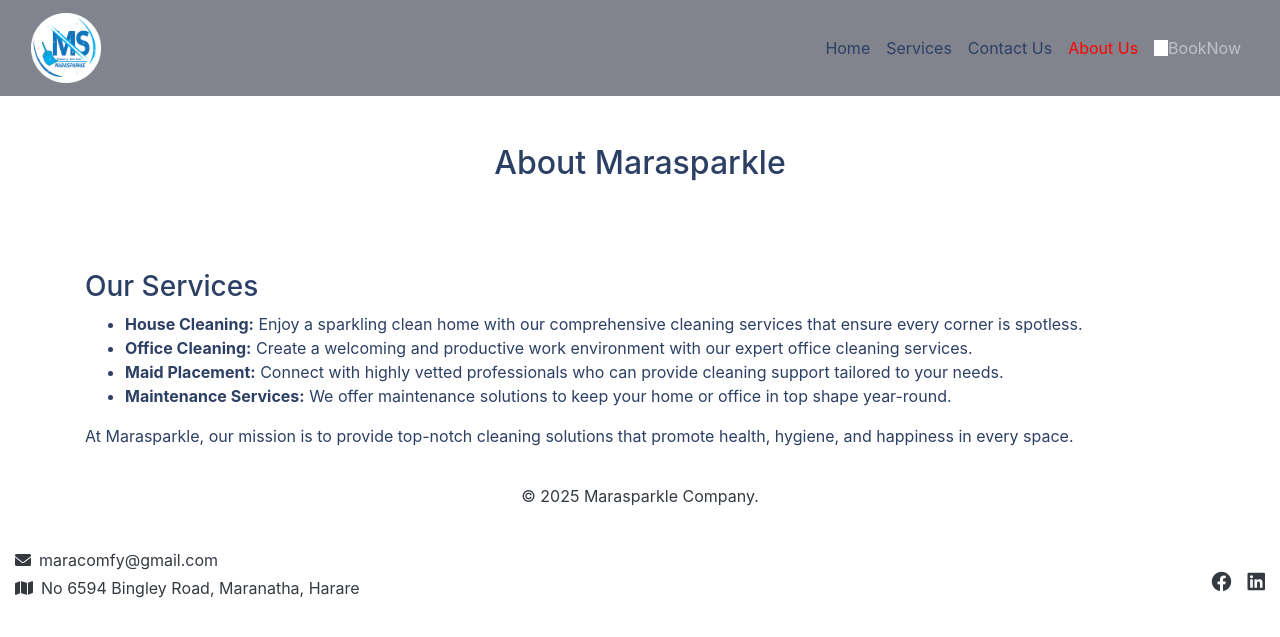
Repository: guineveretim/sparkle
Page: http://localhost/about/
An editor plug-in stored every save of this project. The page is shown before and after the next save, followed by the edit.
The browser window is 1280 px wide. The pictures show the whole page.
The page is served by the project's application, run on Django 5.2 (manage.py). Other server files are loaded and not shown.

Above is the page before, as saved 2025-04-16 10:51:39.

### templates/application/about.html
{% load static%}
<!DOCTYPE html>
<html lang="en">

<head>
    <meta charset="utf-8">
    <meta name="viewport" content="width=device-width, initial-scale=1, shrink-to-fit=no">


    <title>{% block title %}Marasparkle{% endblock %}</title>

     <!-- Font Awesome CDN -->
    <link rel="stylesheet" href="https://cdnjs.cloudflare.com/ajax/libs/font-awesome/6.0.0-beta3/css/all.min.css">

    <!--Google fomts-->
    <link href="https://fonts.googleapis.com/css2?family=Roboto:wght@400&display=swap" rel="stylesheet">

    <!-- Bootstrap core CSS -->
    <link rel="stylesheet" href="https://cdn.jsdelivr.net/npm/bootstrap@4.1.3/dist/css/bootstrap.min.css" integrity="sha384-MCw98/SFnGE8fJT3GXwEOngsV7Zt27NXFoaoApmYm81iuXoPkFOJwJ8ERdknLPMO" crossorigin="anonymous">

    <style>
        body{
            background-color:rgb(255, 255, 255);
            overflow-x: hidden;

          }
    </style>

</head>

<body>
    <!-- ***** Preloader Start ***** -->
    <div id="js-preloader" class="js-preloader">
        <div class="preloader-inner">
            <span class="dot"></span>
            <div class="dots">
                <span></span>
                <span></span>
                <span></span>
            </div>
        </div>
    </div>
    <!-- ***** Preloader End ***** -->



    <!-- ***** Header Area Start ***** -->
        <nav class="navbar navbar-expand-lg navbar-dark sticky-top" style="background-color:rgb(129, 132, 141);">
            <div class="container-fluid">
            <a class="navbar-brand" href="{% url 'home' %}">
                <img src="{% static 'icons/Maralog.png' %}" style="width:70px;">
            </a>
            <button class="navbar-toggler" type="button" data-toggle="collapse" data-target="#navbarNav" aria-controls="navbarNav" aria-expanded="false" aria-label="Toggle navigation">
                <span class="navbar-toggler-icon"></span>
            </button>

            <div class="collapse navbar-collapse" id="navbarNav">
                <ul  class="navbar-nav ml-auto">
                    <li class="nav-item">
                        <a class="nav-link" href="{% url 'home' %}" style="color:#2c3f64;">Home <span class="sr-only">(current)</span></a>
                    </li>
                    <li class="nav-item">
                        <a class="nav-link" href="{% url 'services_details' %}" style="color:#2c3f64;" >Services</a>
                    </li>

                    <li class="nav-item">
                        <a class="nav-link" href="{% url 'contact' %}" style="color:#2c3f64;">Contact Us</a>
                    </li>
                    <li class="nav-item active">
                        <a class="nav-link" href="{% url 'about' %}" style="color:red;">About Us</a>
                    </li>
                    <li class="nav-item">
                        <a class="nav-link" href="{% url 'login' %}"><i class="fas fa-calendar" style="background-color: rgb(255, 255, 255);"></i>BookNow</a>
                    </li>
                </ul>
            </div>
        </div>
        </nav>

    <!-- ***** Header Area End ***** -->

      <!-- ***** About Section Start ***** -->
      <div class="container mt-5 text-white">
        <h2 class="text-center mb-4" style="color:#2c3f64;">About Marasparkle</h2>
        <p style="color:white;">Your clean space is our business! Founded in 2024, Marasparkle offers a range of professional cleaning services designed to meet the needs of both households and businesses.</p>

        <h3 style="color:#2c3f64;">Our Services</h3>
        <ul>
            <li style="color:#2c3f64;"><strong>House Cleaning:</strong> Enjoy a sparkling clean home with our comprehensive cleaning services that ensure every corner is spotless.</li>
            <li style="color:#2c3f64;"><strong>Office Cleaning:</strong> Create a welcoming and productive work environment with our expert office cleaning services.</li>
            <li style="color:#2c3f64;"><strong>Maid Placement:</strong> Connect with highly vetted professionals who can provide cleaning support tailored to your needs.</li>
            <li style="color:#2c3f64;"><strong>Maintenance Services:</strong> We offer maintenance solutions to keep your home or office in top shape year-round.</li>
        </ul>

        <p style="color:#2c3f64;">At Marasparkle, our mission is to provide top-notch cleaning solutions that promote health, hygiene, and happiness in every space.</p>
     </div>
    <!-- ***** About Section End ***** -->


    <footer class="footer text-center" style="background-color: rgba(255, 255, 255, 0.3); padding: 20px 0;">
        <div class="container-fluid">
            <div class="row">
                <div class="col-12">
                    <p class="mb-1 text-dark">© 2025 Marasparkle Company.</p>

                </div>
            </div>
        </div>
    </footer>

    <div class="sub-header  text-dark py-3" style="  background-color:rgb(255, 255, 255);">
        <div class="container-fluid">
            <div class="row align-items-center">
                <div class="col-lg-8 col-md-8 col-sm-12 text-center text-md-left mb-3 mb-md-0">
                    <ul class="list-unstyled">
                        <li class="d-flex align-items-center mb-1">
                            <i class="fa fa-envelope mr-2"></i>
                            <span>maracomfy@gmail.com</span>
                        </li>
                        <li class="d-flex align-items-center">
                            <i class="fa fa-map mr-2"></i>
                            <span>No 6594 Bingley Road, Maranatha, Harare</span>
                        </li>
                    </ul>
                </div>
                <div class="col-lg-4 col-md-4 col-sm-12 text-center text-md-right">
                    <ul class="list-unstyled d-flex justify-content-center justify-content-md-end mb-0">
                        <li class="mr-3">
                            <a href="https://www.facebook.com/profile.php?id=61573551016908" class="text-dark" aria-label="Facebook">
                                <i class="fab fa-facebook fa-lg"></i>
                            </a>
                        </li>
                        <li>
                            <a href="https://linkedin.com" class="text-dark" aria-label="LinkedIn">
                                <i class="fab fa-linkedin fa-lg"></i>
                            </a>
                        </li>
                    </ul>
                </div>
            </div>
        </div>
    </div>

<!-- jQuery first, then Popper.js, then Bootstrap JS -->
<script src="https://code.jquery.com/jquery-3.3.1.slim.min.js" integrity="sha384-q8i/X+965DzO0rT7abK41JStQIAqVgRVzpbzo5smXKp4YfRvH+8abtTE1Pi6jizo" crossorigin="anonymous"></script>
<script src="https://cdn.jsdelivr.net/npm/popper.js@1.14.3/dist/umd/popper.min.js" integrity="sha384-ZMP7rVo3mIykV+2+9J3UJ46jBk0WLaUAdn689aCwoqbBJiSnjAK/l8WvCWPIPm49" crossorigin="anonymous"></script>
<script src="https://cdn.jsdelivr.net/npm/bootstrap@4.1.3/dist/js/bootstrap.min.js" integrity="sha384-ChfqqxuZUCnJSK3+MXmPNIyE6ZbWh2IMqE241rYiqJxyMiZ6OW/JmZQ5stwEULTy" crossorigin="anonymous"></script>
</body>

</html>

### marasparkle/views.py

from django.shortcuts import redirect, render
from django.contrib.auth import authenticate, login
from .forms import  UserRegistrationForm, UserLoginForm
from django.contrib.auth.decorators import login_required
from django.contrib import messages
from .forms import BookingForm
from django.views.decorators.cache import never_cache
from django.views.decorators.csrf import csrf_protect
from django.contrib.auth.models import Group
from django.http import HttpResponse
from .models import Booking
from django.shortcuts import get_object_or_404



def home(request):
  return render(request, 'application/home.html')

def Service(request):
    return render(request, 'application/services.html')


def contact(request):
    return render(request, 'application/contact.html')

def about_view(request):
    return render(request, 'application/about.html')

def bookin(request):
    return render(request, 'application/bookin.html')





def register(request):
    if request.method == 'POST':
        form = UserRegistrationForm(request.POST)
        if form.is_valid():
            user = form.save(commit=False)
            user.set_password(form.cleaned_data['password'])
            user.save()

            group =Group.objects.get(name = 'user')
            user.groups.add(group)


            login(request, user)
            messages.success(request, "Registration successful.")
            return redirect('login')
    else:
        form = UserRegistrationForm()

    return render(request, 'authentication/register.html', {'form': form})

def login_view(request):
    if request.method == 'POST':
        form = UserLoginForm(data=request.POST)
        if form.is_valid():
            username = form.cleaned_data.get('username')
            password = form.cleaned_data.get('password')
            user = authenticate(request, username=username, password=password)

            if user is not None:

                if user.groups.filter(name='admin').exists():
                    login(request, user)
                    return redirect('/admin/')
                elif user.groups.filter(name='user').exists():
                    login(request, user)
                    return redirect('create_booking')
            else:

                messages.error(request, 'Invalid username or password.')
        else:
            # Optional: Handle field errors
            for field, errors in form.errors.items():
                for error in errors:
                    messages.error(request, error)

    else:
        form = UserLoginForm()

    return render(request, 'authentication/login.html', {'form': form})


@login_required
def create_booking(request):
    if request.method == 'POST':
        form = BookingForm(request.POST)
        if form.is_valid():
            booking = form.save(commit=False)
            booking.user = request.user  # Associate the booking with the logged-in user
            booking.save()  # Save the booking record

            # Redirect to the success page with the booking ID
            return redirect('booking_success', booking_id=booking.id)
    else:
        form = BookingForm()

    return render(request, 'accounts/booking.html', {'form': form})



@login_required
def booking_success(request, booking_id):
    booking = get_object_or_404(Booking, id=booking_id)

    context = {
        'service_type': booking.get_service_selection_display(),  # To show a human-readable name for service_selection
        'booking_date': booking.date_time.date(),
        'booking_time': booking.date_time.time(),
        'contact_info': booking.contact_infor,
        'location_info': booking.location_infor,
        'additional_details': booking.additional_details,
    }

    return render(request, 'application/bookin.html', context)

### marasparkleweb/urls.py
"""
URL configuration for marasparkleweb project.

The `urlpatterns` list routes URLs to views. For more information please see:
    https://docs.djangoproject.com/en/5.1/topics/http/urls/
Examples:
Function views
    1. Add an import:  from my_app import views
    2. Add a URL to urlpatterns:  path('', views.home, name='home')
Class-based views
    1. Add an import:  from other_app.views import Home
    2. Add a URL to urlpatterns:  path('', Home.as_view(), name='home')
Including another URLconf
    1. Import the include() function: from django.urls import include, path
    2. Add a URL to urlpatterns:  path('blog/', include('blog.urls'))
"""
from django.contrib import admin
from django.urls import include, path

urlpatterns = [
    path('admin/', admin.site.urls),
    path('', include('marasparkle.urls')),
]

### marasparkle/urls.py
from django.urls import path

from marasparkle.forms import ResetPasswordConfirmForm, ResetPasswordForm
from . import views
from django.contrib.auth import views as auth_views
from .views import create_booking, booking_success



urlpatterns = [
    path('', views.home, name='home'),
    path('about/',views.about_view, name='about'),
    path('services/',views.Service,name='services_details'),
    path('login/', views.login_view, name= 'login'),
    path('register/', views.register, name='register'),
    path('contact/', views.contact, name='contact'),


    path('password_reset/', auth_views.PasswordResetView.as_view(
        template_name='authentication/password_reset.html',
        form_class=ResetPasswordForm
    ), name='password_reset'),


    path('password_reset_done/', auth_views.PasswordResetDoneView.as_view(
        template_name='authentication/password_reset_done.html'
    ), name='password_reset_done'),


    path('password_reset_confirm/<uidb64>/<token>/', auth_views.PasswordResetConfirmView.as_view(
        template_name='authentication/password_reset_confirm.html',
        form_class=ResetPasswordConfirmForm
    ), name='password_reset_confirm'),

    path('password_reset_complete/', auth_views.PasswordResetCompleteView.as_view(
        template_name='authentication/password_reset_complete.html'
    ), name='password_reset_complete'),


      path('booking/', create_booking, name='create_booking'),
    path('booking-success/<int:booking_id>/', booking_success, name='booking_success'),



]

After the next save:
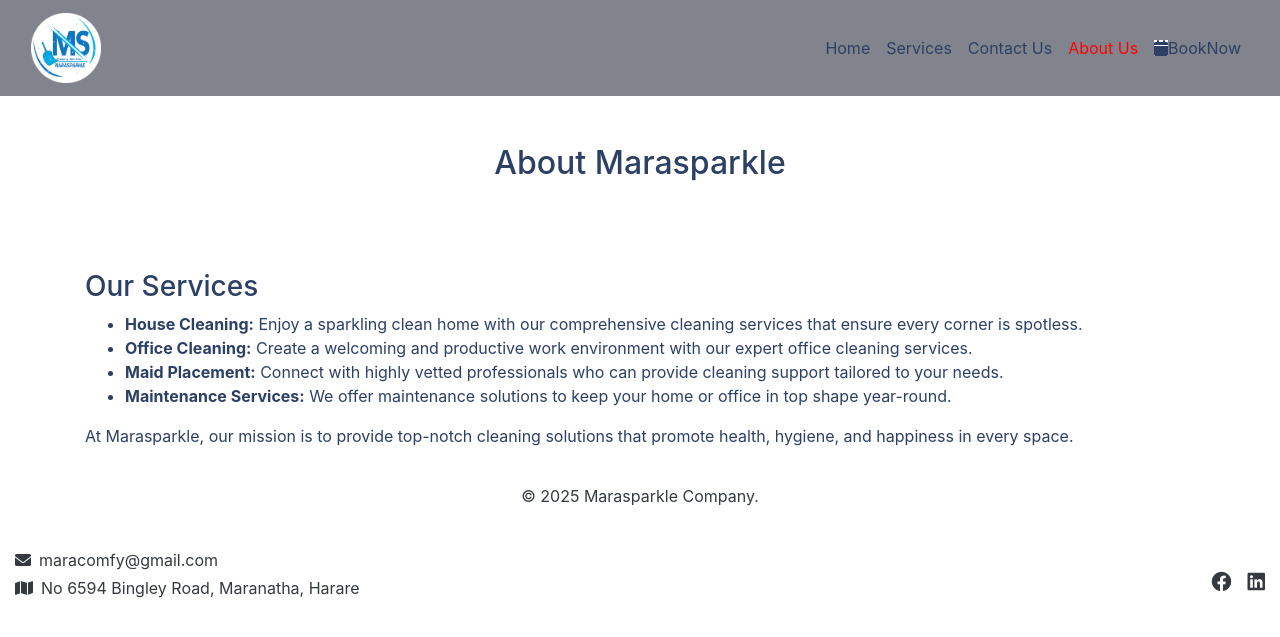
Saved 20 s later.
--- a/templates/application/about.html
+++ b/templates/application/about.html
@@ -70,7 +70,7 @@
                         <a class="nav-link" href="{% url 'about' %}" style="color:red;">About Us</a>
                     </li>
                     <li class="nav-item">
-                        <a class="nav-link" href="{% url 'login' %}"><i class="fas fa-calendar" style="background-color: rgb(255, 255, 255);"></i>BookNow</a>
+                        <a class="nav-link" href="{% url 'login' %}" style="color:#2c3f64;"><i class="fas fa-calendar" style="background-color: rgb(255, 255, 255);"></i>BookNow</a>
                     </li>
                 </ul>
             </div>
